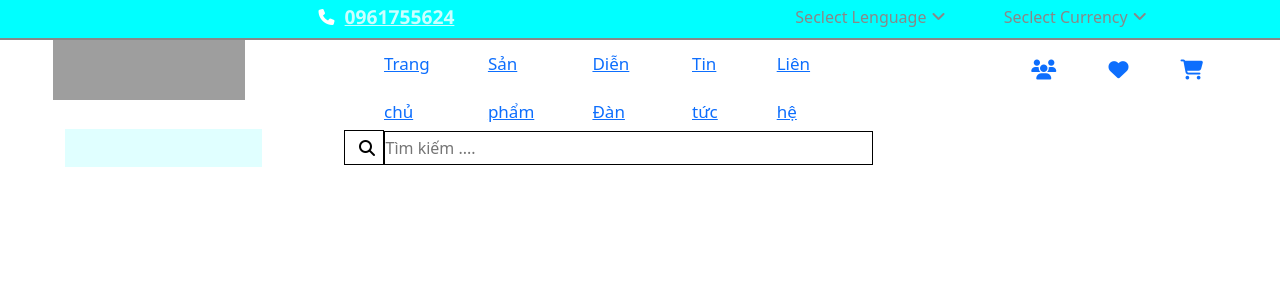
Repository: giacatdat2k5/Baitaplon
Page: da/d.html
These files come from the project's save history. The page is drawn as it stood at one moment and after the next save; the edit follows.
The browser window is 1280 px wide. The pictures show the whole page.
Pictures or frames that could not be fetched are drawn as grey boxes.

Above is the page before, as saved 2023-11-07 22:01:30.

### da/d.html
<!DOCTYPE html>
<html lang="en">
<head>
    <meta charset="UTF-8">
    <meta name="viewport" content="width=device-width, initial-scale=1.0">
    <title>Document</title>
    <link rel="stylesheet" type="text/css" href="d.css">
    <link rel="stylesheet" href="https://cdnjs.cloudflare.com/ajax/libs/font-awesome/6.4.2/css/all.min.css"/>
    <script src="https://ajax.googleapis.com/ajax/libs/jquery/3.7.1/jquery.min.js"></script>
    <link href="https://cdn.jsdelivr.net/npm/bootstrap@5.3.2/dist/css/bootstrap.min.css" rel="stylesheet" integrity="sha384-T3c6CoIi6uLrA9TneNEoa7RxnatzjcDSCmG1MXxSR1GAsXEV/Dwwykc2MPK8M2HN" crossorigin="anonymous">
</head>
<body>
    <div class="head">
        <div class="left-head">
        <div class="hotline">
            <i class="fa-solid fa-phone"></i>
            <a href="#" class="number">0961755624 </a>
        </div>
        </div>
        <div class="right-head">
        <div class="select">
             Seclect Lenguage
            <i class="fa-solid fa-angle-down"></i>
        </div>
        <div class="select">
             Seclect Currency
            <i class="fa-solid fa-angle-down"></i>
        </div>
        </div>
    </div>
    <div class="nav">
        <a href="#" class="logo"></a>
        <ul class="menu">
            <li><a href="#">Trang chủ</a></li>
            <li class="menu_link">
                <a href="#">Sản phẩm</a>
                <ul class="menu_down">
                    <li ><a href="#"></a>Yonex</li>
                    <li ><a href="#"></a>Lining</li>
                    <li ><a href="#"></a>Victor</li>
                    <li ><a href="#"></a>Kumpoo</li>
                    <li ><a href="#"></a>Fleet</li>
                    <li ><a href="#"></a>Khác</li>
                </ul>
            </li>
            <li><a href="#">Diễn Đàn</a></li>
            <li><a href="#">Tin tức</a></li>
            <li><a href="#">Liên hệ </a></li>
        </ul>
        <ul class="icon">
            <li><a href="#"><i class="fa-solid fa-users"></i></a></li>
            <li><a href="#"><i class="fa-solid fa-heart"></i></a></li>
            <li><a href="#"><i class="fa-solid fa-cart-shopping"></i></a></li>
        </ul>
    </div>
    <div class="nav2">
        <div class="nav2-left">
            <div class="cate"></div>
        </div>
        <div class="nav2-right">
         <div class="search">
            <button class="nut"><i class="fa-solid fa-magnifying-glass"></i></button>
            <input class="tk" type="text" placeholder="Tìm kiếm ....">
         </div>
        </div>
    </div>


</body>
</html>

### da/d.css
*{
    text-decoration: none;
    list-style-type: none;
    margin: 0px;
    padding: 0px;

}
.head{
    background-color: #00FFFF;
    width: 100%;
    height: 40px;
    display: flex;
    border-bottom:2px solid #888888 ;
}
.left-head{
    width:60%;
    height: 90%;
    display: flex;
    justify-content: center;
}
.right-head{
    width:40%;
    height: 90%;
    display: flex;
    justify-content: flex-start;
}
.hotline{
    width: 50%;
    height: 100%;
    display: flex;
    align-items: center;
    justify-content: center;
    color:white;
}
.select{
    width: 40%;
    height: 100%;
    display: flex;
    align-items: center;
    justify-content: center;
    color: #888888;
}
.number{
    text-indent: 10px;
    color: #CCFFFF;
    font-size: larger;
    font-family: 'Segoe UI', Tahoma, Geneva, Verdana, sans-serif;
    text-indent: 10px;
    font-weight: 600;
}
.fa-solid{
    text-indent: 5px;
    transition: transform 0.1s;
    transform: scale(1);
}
.hotline:hover{
    color:pink;
}
.number:hover{
    text-decoration-line: underline;
}
.select:hover{
    color: white;
}
.fa-solid:hover{
    transform: scale(1.2);
}
.nav{

    display:flex;
    height: 60px;
    line-height: 3em;
    justify-content: space-around;
}
.logo{
    width: 15%;
    height: 100%;
    background-image: url('z4858591373712_ee240e15b73cb11de83abbe4c3af0ebb.jpg') ;
    background-size:cover;
}
.menu{
    width: 40%;
    display: flex;
}
.menu li{
    padding-right: 2.5em ;
    font-size: 17px;
    text-decoration: none;
    color:black;
}
.menu li a:hover{
    color: pink;
    transition: color .2s ease-out;
}
.menu_down{
    width: 140px;
    height: 18em;
    margin: 0px auto;
    position: absolute;
    top:100px;
    left: 500px;
    display: none;
}
.menu_down li{
    padding: 0px;
    border:1px solid black;
    text-align: center;
    background-color: #00FFFF;
 }
.menu_down li:hover{
    color:pink;
    transition: color .2s ease-out;
}
.menu .menu_link:hover .menu_down{
     display: block;
}
.icon{
    width: 20%;
    height: 100%;
    display: flex;
    justify-content: space-around;
    align-items: center;
    font-size: 20px;
    color:green;
}
.nav2{
    width: 100%;
    height: 6em;
    display: flex;
    align-items: center;
}
.nav2-left{
    width: 264px;
    height: 40%;
    display: flex;
    justify-content: flex-end;
}
.cate{
    width: 197px;
    height: 100%;
    background-color: lightcyan;
}
.nav2-right{
    width: 80%;
    height: 40%;
    display: flex;
    justify-self: flex-end;
    align-items: center ;
}
.search{
    width: 60%;
    height: 100%;
    display: flex;
    justify-content: flex-end;
    align-items: center;
}
.tk{
    width: 80%;
    height: 90%;
    border: 1px solid black;
}
.nut{
    width: 40px;
    height: 35px;
    display: flex;
    justify-content: center;
    align-items: center;
    border: 1px solid black;
    background-color: white;

}

After the next save:
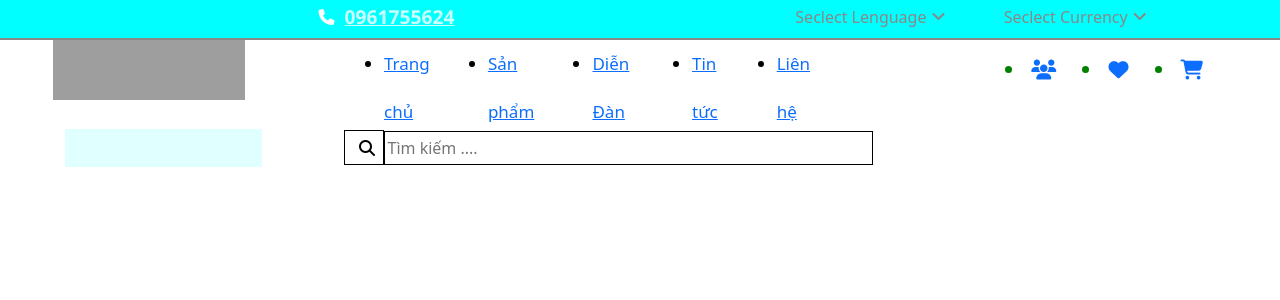
Saved 42 s later.
--- a/da/d.css
+++ b/da/d.css
@@ -1,10 +1,4 @@
-*{
-    text-decoration: none;
-    list-style-type: none;
-    margin: 0px;
-    padding: 0px;
 
-}
 .head{
     background-color: #00FFFF;
     width: 100%;

After the 2 saves that followed:
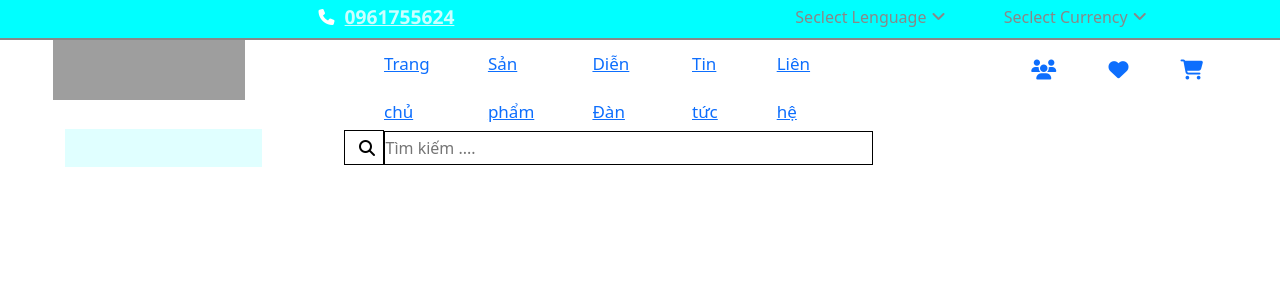
The 2 saves are shown as one change because 1 left the picture as it was.
The last was saved 57 s later.
--- a/da/d.css
+++ b/da/d.css
@@ -163,3 +163,9 @@
     background-color: white;
 
 }
+*{
+ text-decoration: none;
+ list-style-type: none;
+        margin: 0px;
+        padding: 0px;
+}
